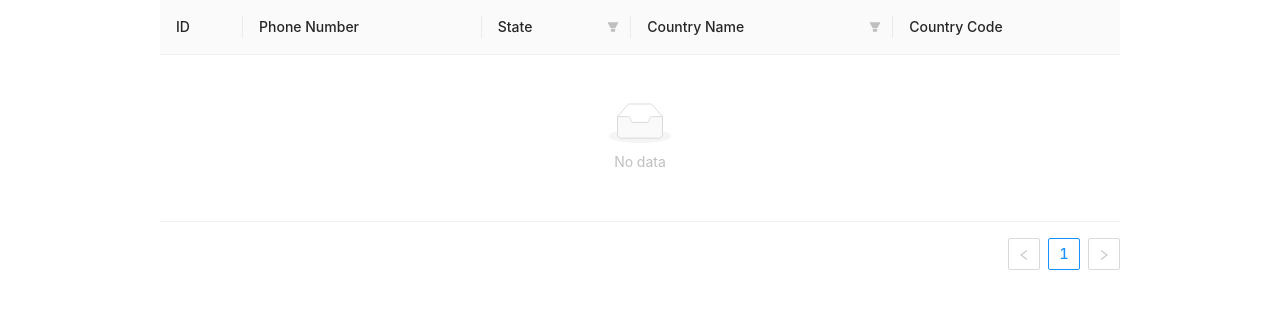
Repository: MohamedMedhat96/jumia-phone-directory-task
Page: / (app in jumia-task-frontend/)
These files come from the project's save history. The page is drawn as it stood at one moment and after the next save; the edit follows.
The browser window is 1280 px wide. The pictures show the whole page.
The page's requests for data from a server got no answer. The project was rebuilt for these pictures with package versions that can differ from the ones it lists, and the page was loaded fresh each time. No one was signed in, and anything a server would have sent is missing.

Above is the page before, as saved 2021-10-15 15:46:13.

### jumia-task-frontend/src/App.js
import { Table } from "antd";
import Search from "antd/lib/input/Search";
import "antd/dist/antd.css";
import { useEffect, useState } from "react";
import axios from "axios";

function App() {

  const [pagination, setPagination] = useState({ size: 10, total: 10 })

  useEffect(() => {
    axios({ method: 'get', url: 'http://localhost:8080/phoneNumber/search' }).then((response) => {
      console.log(response.data)
    })
  }, [])

  const stateSearch = () => {
    return <div>
      <Search
        placeholder="Search"
        onChange={e => console.log(e.target.value)}
        onPressEnter={console.log("search")}>
      </Search> </div>
  }
  const columns = [
    { title: "ID", dataIndex: "id", key: "id" },
    { title: "Phone Number", dataIndex: "phoneNumber", key: "phoneNumber" },
    { title: "State", dataIndex: "state", key: "state", filters: [{ text: "True", value: "true" }, { text: "False", value: "false" }] },
    { title: "Country Name", dataIndex: "countryName", key: "countryName", filterDropdown: stateSearch },
    { title: "Country Code", dataIndex: "countryCode", key: "countryCode" }
  ]
  return (
    <Table
      columns={columns}
      style={{ width: '75%', height: '100%', display: 'block', marginLeft: 'auto', marginRight: 'auto' }}
      pagination={pagination}>
    </Table >
  );
}

export default App;

Loaded but not shown: jumia-task-frontend/public/index.html (common file); jumia-task-frontend/src/index.js (common file); jumia-task-frontend/src/index.css (common file)

After the next save:
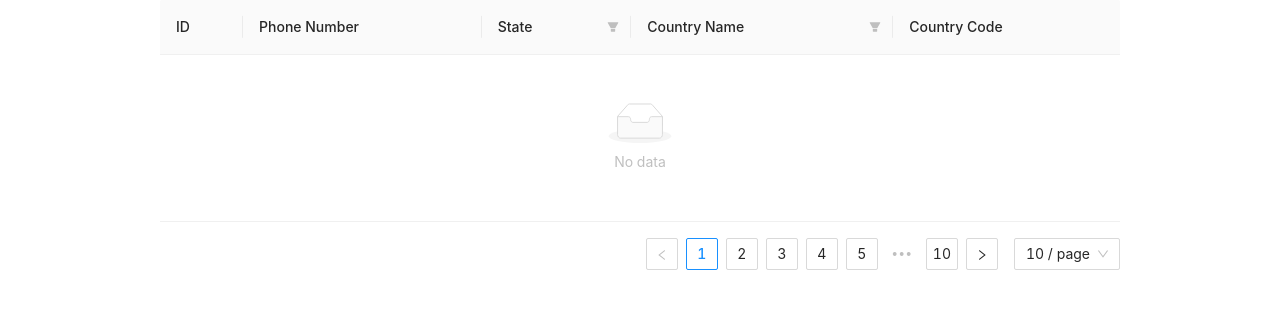
Saved 101 s later.
--- a/jumia-task-frontend/src/App.js
+++ b/jumia-task-frontend/src/App.js
@@ -6,7 +6,7 @@
 
 function App() {
 
-  const [pagination, setPagination] = useState({ size: 10, total: 10 })
+  const [pagination, setPagination] = useState({ size: 10, total: 100 })
 
   useEffect(() => {
     axios({ method: 'get', url: 'http://localhost:8080/phoneNumber/search' }).then((response) => {

After the 2 saves that followed:
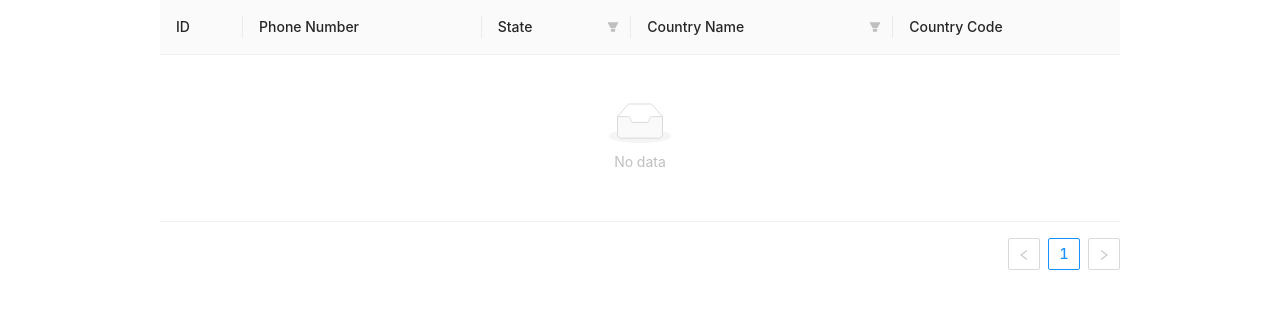
The 2 saves are shown as one change because 1 left the picture as it was.
The last was saved 6 min 37 s later.
--- a/jumia-task-frontend/src/App.js
+++ b/jumia-task-frontend/src/App.js
@@ -6,7 +6,7 @@
 
 function App() {
 
-  const [pagination, setPagination] = useState({ size: 10, total: 100 })
+  const [pagination, setPagination] = useState({ page: 1, total: 10 })
 
   useEffect(() => {
     axios({ method: 'get', url: 'http://localhost:8080/phoneNumber/search' }).then((response) => {
